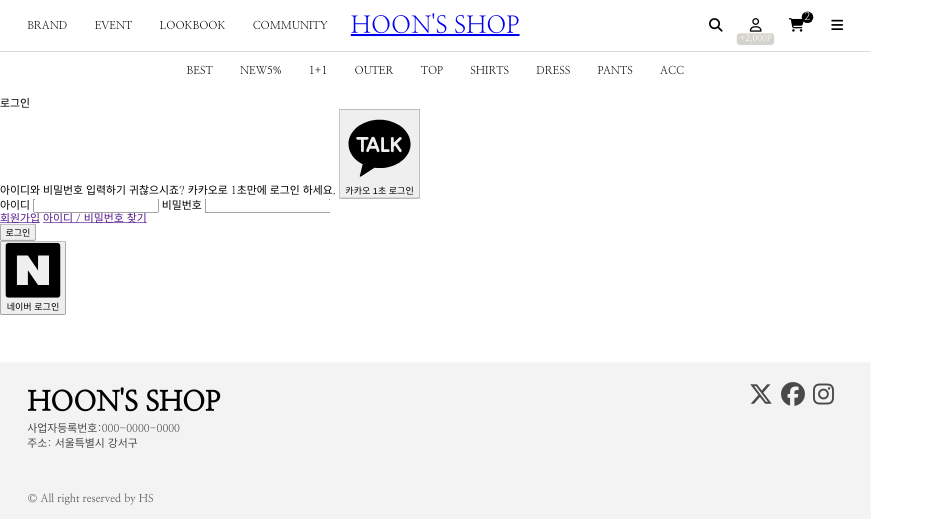
Repository: Iimchaehoon/cafeProject
Page: login.html
The author's editor kept a copy of each file at every save. The page is drawn from the files as they stood at one save, then again after the next save.
The browser window is 1280 px wide. The page is 1280 px wide, then 1400 px, so the pictures cover 1400 px, including what lies to the right of the window. The pictures show the whole page, at 68% of full size.
Some web libraries are served in a nearby version.

Above is the page before, as saved 2024-07-31 19:52:24.

### login.html
<!DOCTYPE html>
<html lang="en">
  <head>
    <meta charset="UTF-8" />
    <meta name="viewport" content="width=device-width, initial-scale=1.0" />
    <title>Document</title>
    <link rel="stylesheet" href="./css/pages/main.css" />
    <script
      src="https://kit.fontawesome.com/1e606f2a97.js"
      crossorigin="anonymous"
    ></script>
  </head>
  <body>
    <!--header-->
    <header class="header">
      <div class="header__top">
        <nav class="header__nav-box">
          <ul class="header__list-box">
            <li class="header__content">BRAND</li>
            <li class="header__content">EVENT</li>
            <li class="header__content">LOOKBOOK</li>
            <li class="header__content">COMMUNITY</li>
          </ul>
        </nav>
        <h1 class="header__title"><a href="/index.html">HOON'S SHOP</a></h1>
        <ul class="header__menu">
          <li class="header__content">
            <i class="fa-solid fa-magnifying-glass fa-lg"></i>
          </li>
          <li class="header__content header__content--badge-price">
            <div class="header__price-badge"><span>+2,000P</span></div>
            <i class="fa-regular fa-user fa-lg"></i>
          </li>
          <li class="header__content header__content--badge-box">
            <div class="header__cart-badge"><span>2</span></div>
            <i class="fa-solid fa-cart-shopping fa-lg"></i>
          </li>
          <li class="header__content">
            <i class="fa-solid fa-bars fa-lg"></i>
          </li>
        </ul>
      </div>

      <div class="header__bottom">
        <ul class="header__category">
          <li class="header__content">BEST</li>
          <li class="header__content">NEW5%</li>
          <li class="header__content">1+1</li>
          <li class="header__content">OUTER</li>
          <li class="header__content">TOP</li>
          <li class="header__content">SHIRTS</li>
          <li class="header__content">DRESS</li>
          <li class="header__content">PANTS</li>
          <li class="header__content">ACC</li>
        </ul>
      </div>
    </header>
    <!-- login -->
    <div class="login-wrapper">
      <h2 class="login__title">로그인</h2>
      <span class="login__text">아이디와 비밀번호 입력하기 귀찮으시죠?</span>
      <span class="login__text">카카오로 1초만에 로그인 하세요.</span>
      <button class="login__btn login__btn-kakao">
        <svg xmlns="http://www.w3.org/2000/svg" viewBox="0 0 24 24">
          <g>
            <path fill="none" d="M0 0h24v24H0z" />
            <path
              d="M12 3c5.799 0 10.5 3.664 10.5 8.185 0 4.52-4.701 8.184-10.5 8.184a13.5 13.5 0 0 1-1.727-.11l-4.408 2.883c-.501.265-.678.236-.472-.413l.892-3.678c-2.88-1.46-4.785-3.99-4.785-6.866C1.5 6.665 6.201 3 12 3zm5.907 8.06l1.47-1.424a.472.472 0 0 0-.656-.678l-1.928 1.866V9.282a.472.472 0 0 0-.944 0v2.557a.471.471 0 0 0 0 .222V13.5a.472.472 0 0 0 .944 0v-1.363l.427-.413 1.428 2.033a.472.472 0 1 0 .773-.543l-1.514-2.155zm-2.958 1.924h-1.46V9.297a.472.472 0 0 0-.943 0v4.159c0 .26.21.472.471.472h1.932a.472.472 0 1 0 0-.944zm-5.857-1.092l.696-1.707.638 1.707H9.092zm2.523.488l.002-.016a.469.469 0 0 0-.127-.32l-1.046-2.8a.69.69 0 0 0-.627-.474.696.696 0 0 0-.653.447l-1.661 4.075a.472.472 0 0 0 .874.357l.33-.813h2.07l.299.8a.472.472 0 1 0 .884-.33l-.345-.926zM8.293 9.302a.472.472 0 0 0-.471-.472H4.577a.472.472 0 1 0 0 .944h1.16v3.736a.472.472 0 0 0 .944 0V9.774h1.14c.261 0 .472-.212.472-.472z"
            />
          </g>
        </svg>
        카카오 1초 로그인
      </button>
      <form class="login__form">
        <label for="login-id" class="login__label">
          <span class="login__text">아이디</span>
          <input id="login-id" type="text" class="login__input" />
        </label>
        <label for="login-password" class="login__label">
          <span class="login__text">비밀번호</span>
          <input id="login-password" type="password" class="login__input" />
        </label>
        <div class="login__text-box">
          <a class="login__text" href="">회원가입</a>
          <a class="login__text" href="">아이디 / 비밀번호 찾기</a>
        </div>
        <input class="login__btn" type="submit" value="로그인" />
      </form>

      <button class="login__btn login__btn-naver">
        <svg role="img" viewBox="0 0 24 24" xmlns="http://www.w3.org/2000/svg">
          <title>Naver</title>
          <path
            d="M1.6 0S0 0 0 1.6v20.8S0 24 1.6 24h20.8s1.6 0 1.6-1.6V1.6S24 0 22.4 0zm3.415 5.6h4.78l4.425 6.458V5.6h4.765v12.8h-4.78L9.78 11.943V18.4H5.015Z"
          />
        </svg>
        네이버 로그인
      </button>
    </div>
    <!-- footer -->
    <footer class="footer">
      <div class="footer_sub-box">
        <span class="footer_title">HOON'S SHOP</span>
        <small class="footer_text">사업자등록번호:000-0000-0000</small>
        <small class="footer_text">주소: 서울특별시 강서구</small>
        <small class="footer_text footer_copy-right"
          >&copy; All right reserved by HS</small
        >
      </div>
      <div class="footer_sub-box footer__social-box">
        <span class="footer_text">
          <i class="fa-brands fa-x-twitter fa-2xl"></i>
        </span>
        <span class="footer_text">
          <i class="fa-brands fa-facebook fa-2xl"></i>
        </span>
        <span class="footer_text">
          <i class="fa-brands fa-instagram fa-2xl"></i>
        </span>
      </div>
    </footer>
  </body>
</html>

### css/pages/main.css
@import "/reset.css";
@import "/common.css";
@import "/css/components/header.css";
@import "/slider.css";
@import "/intro.css";
@import "/css/components/product-list.css";
@import "/css/components/footer.css";

### common.css
@import url("https://fonts.googleapis.com/css2?family=Nanum+Gothic&family=Nanum+Myeongjo&display=swap");
body {
  font-family: "Nanum Myeongjo", serif;
  margin: 0;
  padding: 0;
  box-sizing: border-box;
  padding-bottom: 300px;
  position: relative;
}
ul {
  margin: 0;
}

### css/components/header.css
.header {
  height: 20vh;
}
.header__top {
  display: flex;
  justify-content: space-between;
  padding: 20px;
  border-bottom: 1px solid rgba(0, 0, 0, 0.2);
}
.header__nav-box {
  width: 33%;
}
.header__title {
  width: 33%;
  font-size: 35px;
  font-weight: 550;
  text-align: center;
}

.header__list-box {
  display: flex;

  height: 100%;
  align-items: center;
}
.header__menu {
  display: flex;
  align-items: center;
  justify-content: flex-end;

  width: 33%;
}
.header__content {
  margin: 0 20px;
}
.header__content a {
  color: black;
  text-decoration: none;
}
.header__content a {
  color: black;
}
/* 아래헤더 */
.header__category {
  display: flex;
  justify-content: center;
  padding: 20px 0;
}
.header__cart-badge {
  background-color: black;
  display: flex;
  justify-content: center;
  align-items: center;
  border-radius: 100%;
  width: 13px;
  height: 13px;
  padding: 2px;
  position: absolute;
  top: -13px;
  right: -13px;
}
.header__content--badge-box {
  position: relative;
}
.header__cart-badge span {
  color: white;
}
.header__content--badge-price {
  position: relative;
}
.header__price-badge {
  background-color: #d5d3cd;
  color: white;
  display: flex;
  justify-content: center;
  align-items: center;
  font-size: 13px;
  border-radius: 5px;
  padding: 2px 4px;
  position: absolute;
  left: 50%;
  transform: translateX(-50%);
  bottom: -20px;
}

### slider.css
.main__slider {
  display: flex;
  justify-content: space-between;
  align-items: center;
  padding: 30px;
  background-color: #6b6a68;
  position: relative;
  height: 80vh;
  box-sizing: border-box;
}

.main__slider-btn {
  transform: scale(1.5);
  color: white;
}

.main__slider-text {
  color: white;
  font-size: 25px;
  text-shadow: 1px 1px 5px black;
}

.main__slider-container {
  display: flex;
  flex-direction: column;
  align-items: center;
}
.main__slider-image-container {
  width: 300px;
  height: 400px;

  border-top-left-radius: 50%;
  border-top-right-radius: 50%;

  overflow: hidden;
  margin: 15px 0;
}
.main__slider-image {
  width: 100%;
  height: 100%;
  object-fit: cover;
}
.main__slider-title {
  color: white;
  font-weight: 600;
  font-size: 60px;
  text-shadow: 1px 1px 3px black;
  position: absolute;
  top: 50%;
  left: 50%;
  transform: translate(-50%, -50%);
}
.main__progress-bar {
  width: 150px;
  height: 3px;

  position: absolute;
  bottom: 20px;
  left: 50%;
  transform: translateX(-50%);
  display: flex;
}
.main__progress-bar-item {
  height: 100%;
  background-color: white;
  margin: 0 2px;
}
.main__progress-bar-item--visible {
  width: 50%;
}
.main__progress-bar-item--invisible {
  width: 25%;
  opacity: 0.5;
}

### intro.css
.main__introduction {
  display: flex;
  justify-content: center;
  align-items: center;
  height: 50vh;
}
.main__intro-container-img,
.main__intro-container {
  width: 350px;
  height: 350px;
  overflow: hidden;
  margin: 0 20px;
}
.main__intro-container {
  display: flex;
  flex-direction: column;
  justify-content: center;
  align-items: center;
  background-color: #ebe7df;
}
.main__intro-image {
  width: 100%;
  height: 100%;
  object-fit: cover;
}

.main__intro-container-img {
  position: relative;
}
.main__intro-text-container {
  position: absolute;
  bottom: 20px;
  left: 15px;
}
.main__intro-title {
  color: white;
  font-size: 35px;
  font-weight: 600;
  margin-bottom: 12px;
}
.main__intro-description {
  color: white;
}
.main__intro-title-black {
  color: black;
}
.main__intro-description-black {
  color: black;
}

### css/components/product-list.css
.main__product-list {
  display: flex;
  flex-direction: column;
  align-items: center;
}
.main__product-list-title {
  font-size: 25px;
  font-weight: 600;
  margin-bottom: 10px;
}
.main__product-list-sub-title {
  font-size: 17px;
  color: rgba(0, 0, 0, 0.7);
}
.main__product-list-sub-container {
  display: flex;
  margin: 40px 0;
}
.main__product-list-article {
  width: 330px;
  height: 550px;
  overflow: hidden;
  margin: 0 20px;
  transition: box-shadow 0.2s ease-in-out;
}
.main__product-list-article:hover {
  cursor: pointer;
  box-shadow: rgba(0, 0, 0, 0.08) 0px 4px 12px;
}
.main__product-list-article:hover .main__article-img {
  transform: scale(1.1);
}
.main__article-img-container {
  width: 100%;
  height: 400px;
  overflow: hidden;
}
.main__article-img {
  width: 100%;
  height: 100%;
  object-fit: cover;
  transition: transform 0.2s ease-in-out;
}
.main__article-container {
  display: flex;
  margin: 8px 0;
}
.main__article-color-item {
  width: 10px;
  height: 10px;
  border-radius: 100%;

  margin: 5px;
}
.main__article-color-item--01 {
  outline: 1px solid rgba(0, 0, 0, 0.2);
}
.main__article-color-item--02 {
  background-color: #d8c9ab;
}
.main__article-color-item--03 {
  background-color: #79655a;
}
.main__article-color-item--04 {
  background-color: #9d9f9e;
}
.main__article-color-item--05 {
  background-color: #262a49;
}
.main__article-product-name {
  font-weight: 600;
}
.main__article-product-description {
  font-size: 15px;
  color: rgba(0, 0, 0, 0.7);
}
.main__article-total-price {
  font-weight: 600;
  margin-right: 7px;
}
.main__article-previous-price {
  color: rgba(0, 0, 0, 0.7);
  text-decoration: line-through;
  margin-right: 7px;
}
.main__article-discount-rate {
  color: red;
}

### css/components/footer.css
.footer {
  position: absolute;
  bottom: 0;
  height: 230px;
  width: 100%;
  background-color: #f1f1f1d6;
  display: flex;
}

.footer_sub-box {
  width: 50%;
  height: 100%;
  display: flex;
  flex-direction: column;
  padding: 40px;
  box-sizing: border-box;
}
.footer_copy-right {
  position: relative;
  bottom: -60px;
}

.footer_title {
  font-size: 40px;
  font-weight: 600;
  margin-bottom: 10px;
}
.footer_text {
  color: rgba(0, 0, 0, 0.7);
  margin-bottom: 5px;
}
.footer__social-box {
  flex-direction: row;
  justify-content: flex-end;
}
.footer_text i {
  transform: scale(1.1);
  margin-right: 15px;
}

### css/pages/login.css
@import "/reset.css";
@import "/common.css";
@import "/css/components/header.css";
@import "/css/components/footer.css";
.header__title a {
  text-decoration: none;
  color: black;
}
.login-wrapper {
  height: 80vh;
  display: flex;
  flex-direction: column;
  padding: 0 700px;
  padding-top: 100px;
}
.login__title {
  font-size: 30px;
  font-weight: 700;
  margin-bottom: 15px;
}
.login__text {
  color: rgba(0, 0, 0, 0.5);
  margin-bottom: 7px;
  text-decoration: none;
  transition: color 0.2s ease-in-out;
}

.login__form {
  display: flex;
  flex-direction: column;
}
.login__btn {
  background-color: black;
  border-radius: 5px;
  color: white;
  font-size: 18px;
  padding: 10px 0;
  border: none;
  margin: 5px 0;
  display: flex;
  justify-content: center;
  align-items: center;
  position: relative;
  transition: background-color 0.2s ease-in-out;
  transition: transform 0.2s ease-in-out;
}
.login__btn:active {
  transform: scale(1.07);
}
.login__btn:hover {
  background-color: rgb(50, 49, 49);
}

.login__btn svg {
  width: 25px;
  height: 25px;
  position: absolute;
  left: 30px;
}
.login__btn-kakao {
  margin-top: 50px;
  background-color: #fee500;
  color: black;
  margin-bottom: 30px;
}
.login__btn-kakao:hover {
  background-color: #f7e85d;
}
.login__btn-naver {
  background-color: #1dc800;
}
.login__btn-naver:hover {
  background-color: #49cd32;
}
.login__btn-naver {
  fill: white;
}
.login__text-box {
  margin-bottom: 30px;
  display: flex;
  justify-content: space-between;
}
.login__label {
  display: flex;
  flex-direction: column;
  margin: 10px 0;
}

.login__input {
  border: none;
  border-bottom: 1px solid rgba(0, 0, 0, 0.5);
  margin-top: 10px;
}

.login__input:focus {
  outline: none;
  border-color: black;
}
.login__label:focus-within .login__text {
  color: black;
}
.login__text-box .login__text:hover {
  color: black;
}

Loaded but not shown: reset.css (common file)

After the next save:
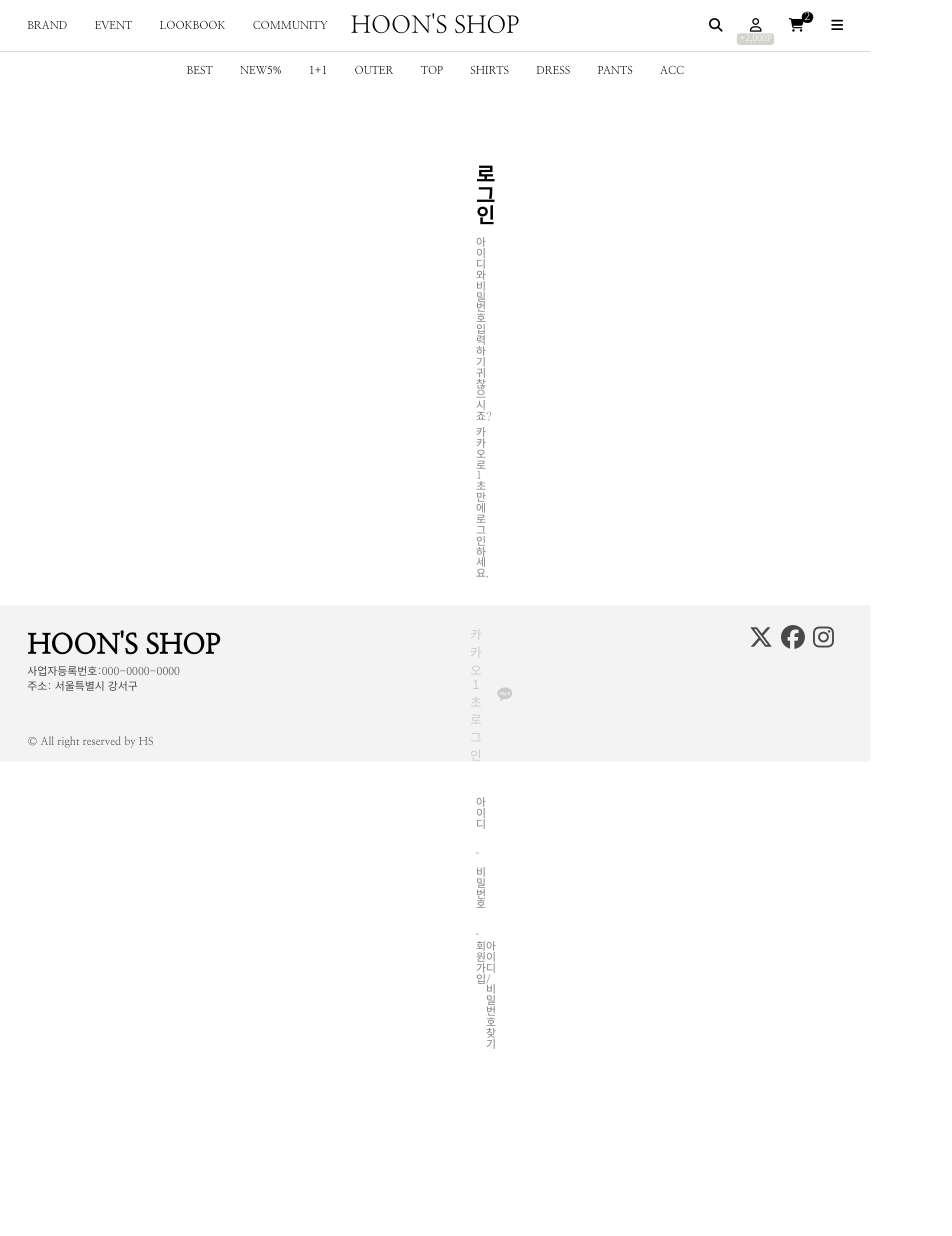
Saved 28 s later.
--- a/login.html
+++ b/login.html
@@ -4,7 +4,7 @@
     <meta charset="UTF-8" />
     <meta name="viewport" content="width=device-width, initial-scale=1.0" />
     <title>Document</title>
-    <link rel="stylesheet" href="./css/pages/main.css" />
+    <link rel="stylesheet" href="./css/pages/login.css" />
     <script
       src="https://kit.fontawesome.com/1e606f2a97.js"
       crossorigin="anonymous"
